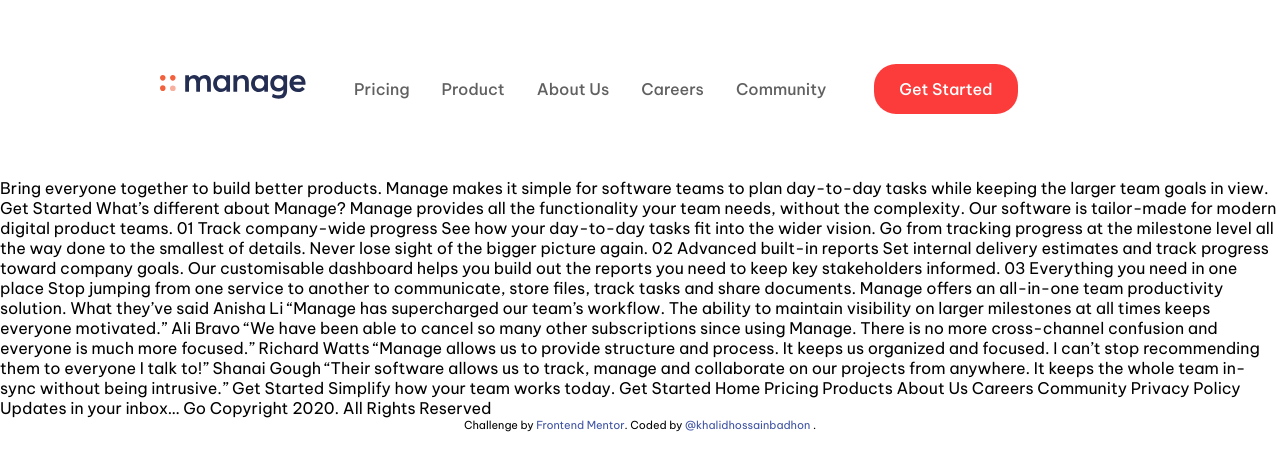
Repository: badhon252/revision
Page: manage-landing-page-master/index.html
The author's editor kept a copy of each file at every save. The page is drawn from the files as they stood at one save, then again after the next save.
The browser window is 1280 px wide. The pictures show the whole page.
The style sheet was rebuilt from its Sass, Less or Tailwind sources for each picture, by a compiler version that may differ from the author's.

Above is the page before, as saved 2022-08-07 17:02:09.

### manage-landing-page-master/index.html
<!DOCTYPE html>
<html lang="en">

<head>
  <meta charset="UTF-8">
  <meta name="viewport" content="width=device-width, initial-scale=1.0">
  <!-- displays site properly based on user's device -->

  <link rel="icon" type="image/png" sizes="32x32" href="./images/favicon-32x32.png">
  <link rel="stylesheet" href="./sass/style.css">
  <title>Frontend Mentor | Manage landing page</title>

</head>

<body>




  <header>
    <nav class="navbar">
      <div class="navbar-brand">
        <img src="./images/logo.svg" alt="">
      </div>

      <ul class="nav">
        <li class="nav-item"><a href="#" class="nav-link">Pricing</a></li>
        <li class="nav-item"><a href="#" class="nav-link">Product</a></li>
        <li class="nav-item"><a href="#" class="nav-link">About Us</a></li>
        <li class="nav-item"><a href="#" class="nav-link">Careers</a></li>
        <li class="nav-item"><a href="#" class="nav-link">Community</a></li>
      </ul>
      <div class="get-start">
        <button class="btn"><a href="#">Get Started</a></button>
      </div>

    </nav>
  </header>















  Bring everyone together to build better products.

  Manage makes it simple for software teams to plan day-to-day
  tasks while keeping the larger team goals in view.

  Get Started

  What’s different about Manage?

  Manage provides all the functionality your team needs, without
  the complexity. Our software is tailor-made for modern digital
  product teams.

  01
  Track company-wide progress
  See how your day-to-day tasks fit into the wider vision. Go from
  tracking progress at the milestone level all the way done to the
  smallest of details. Never lose sight of the bigger picture again.

  02
  Advanced built-in reports
  Set internal delivery estimates and track progress toward company
  goals. Our customisable dashboard helps you build out the reports
  you need to keep key stakeholders informed.

  03
  Everything you need in one place
  Stop jumping from one service to another to communicate, store files,
  track tasks and share documents. Manage offers an all-in-one team
  productivity solution.

  What they’ve said

  Anisha Li
  “Manage has supercharged our team’s workflow. The ability to maintain
  visibility on larger milestones at all times keeps everyone motivated.”

  Ali Bravo
  “We have been able to cancel so many other subscriptions since using
  Manage. There is no more cross-channel confusion and everyone is much
  more focused.”

  Richard Watts
  “Manage allows us to provide structure and process. It keeps us organized
  and focused. I can’t stop recommending them to everyone I talk to!”

  Shanai Gough
  “Their software allows us to track, manage and collaborate on our projects
  from anywhere. It keeps the whole team in-sync without being intrusive.”

  Get Started

  Simplify how your team works today.
  Get Started

  Home
  Pricing
  Products
  About Us
  Careers
  Community
  Privacy Policy

  Updates in your inbox…
  Go

  Copyright 2020. All Rights Reserved


  <div class="attribution">
    Challenge by <a href="https://www.frontendmentor.io?ref=challenge" target="_blank">Frontend Mentor</a>.
    Coded by <a href="#">@khalidhossainbadhon </a>.
  </div>
</body>

</html>

### manage-landing-page-master/sass/style.scss
* {
  margin: 0;
  padding: 0;
  box-sizing: border-box;
  overflow: hidden;
  font-family: "Be Vietnam Pro", sans-serif;
}
@import url("https://fonts.googleapis.com/css2?family=Be+Vietnam+Pro:wght@400;500;700&display=swap");
a {
  text-decoration: none;
  color: #000;
}
header {
  .navbar {
    display: flex;
    padding: 4rem 10rem;
    align-items: center;

    .nav {
      display: flex;
      margin: 0 2rem;
      .nav-item {
        margin: 0 1rem;
        justify-items: end;
        .nav-link {
          margin: 0 auto 0 auto;
          font-weight: 500;
          color: rgba(0, 0, 0, 0.623);
          &:hover {
            color: #000;
          }
        }
      }
    }

    .get-start {
      //   margin: auto 0 auto auto;
      display: flex;
      justify-content: end;
      .btn {
        padding: 15px 25px;
        outline: none;
        border: none;
        border-radius: 22px;
        background-color: rgb(252, 59, 59);
        a {
          color: #fff;
          font-weight: 500;
          font-size: 1rem;
        }
      }
    }
  }
}

// footer======
.attribution {
  font-size: 11px;
  text-align: center;
}

.attribution a {
  color: hsl(228, 45%, 44%);
}

After the next save:
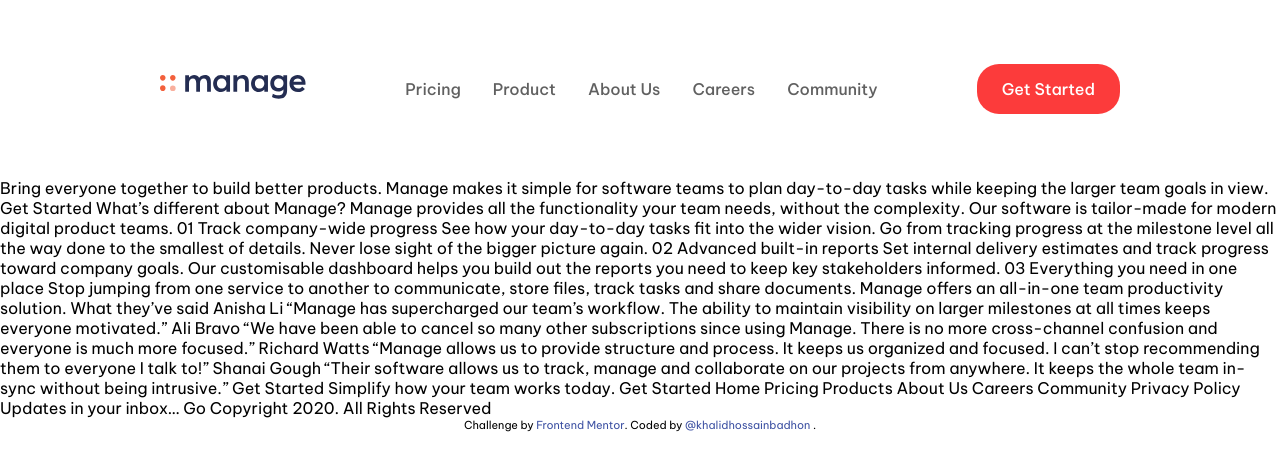
Saved 2 min 26 s later.
--- a/manage-landing-page-master/sass/style.scss
+++ b/manage-landing-page-master/sass/style.scss
@@ -15,6 +15,7 @@ header {
     display: flex;
     padding: 4rem 10rem;
     align-items: center;
+    justify-content: space-between;
 
     .nav {
       display: flex;
@@ -34,9 +35,6 @@ header {
     }
 
     .get-start {
-      //   margin: auto 0 auto auto;
-      display: flex;
-      justify-content: end;
       .btn {
         padding: 15px 25px;
         outline: none;
